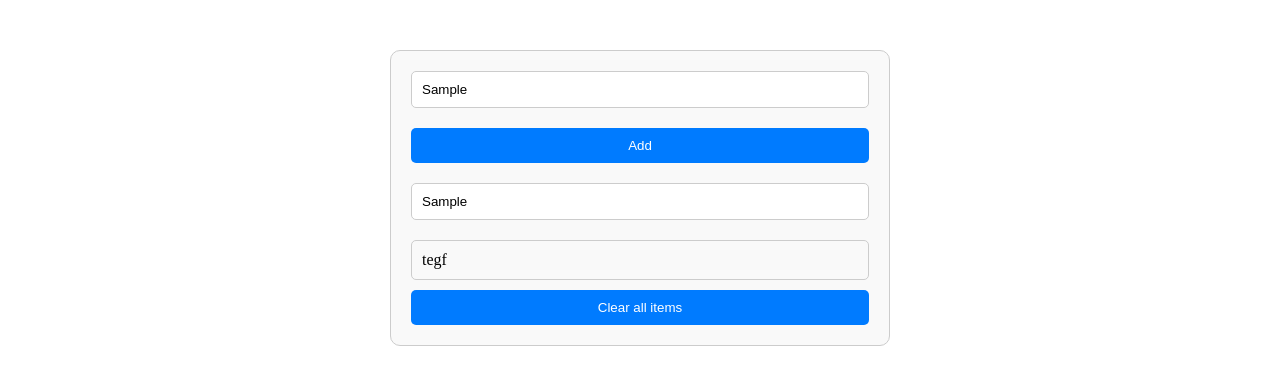
Repository: Fariadd/Vanilla-JS
Page: movieAPI/index.html
The author's editor kept a copy of each file at every save. The page is drawn from the files as they stood at one save, then again after the next save.
The browser window is 1280 px wide. The pictures show the whole page.
Empty fields were first filled with sample values (such as "Sample", 5 or name@example.com).
After loading, the first visible `#button` was clicked once.

Above is the page before, as saved 2024-10-02 22:18:43.

After the next save:
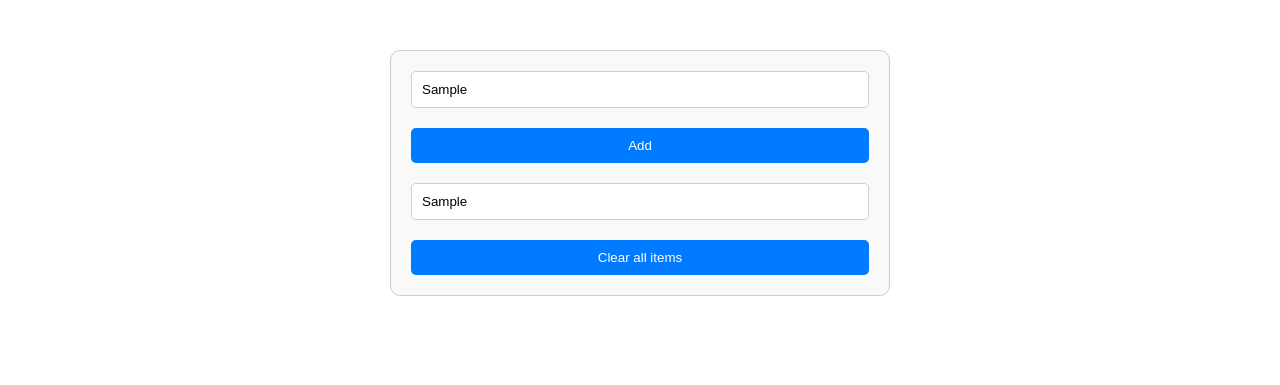
Saved 13 s later.
--- a/movieAPI/script.js
+++ b/movieAPI/script.js
@@ -137,7 +137,7 @@
   if (liItems.length === 0) {
     console.log("no items to remove");
   } else {
-    liItems.innerHTML = "";
+    cardList.innerHTML = "";
   }
 }
 

After the 2 saves that followed:
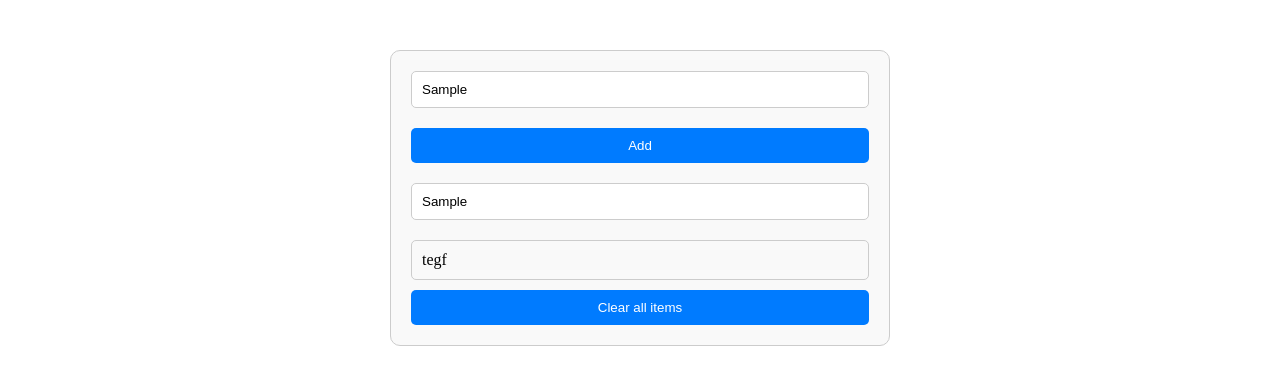
The 2 saves are shown as one change because 1 left the picture as it was.
The last was saved 24 s later.
--- a/movieAPI/script.js
+++ b/movieAPI/script.js
@@ -134,10 +134,11 @@
 }
 function clearAllItems(e) {
   const liItems = cardList.querySelectorAll("li");
+  const err = Array.from(liItems);
   if (liItems.length === 0) {
     console.log("no items to remove");
   } else {
-    cardList.innerHTML = "";
+    err.innerHTML = "";
   }
 }
 
